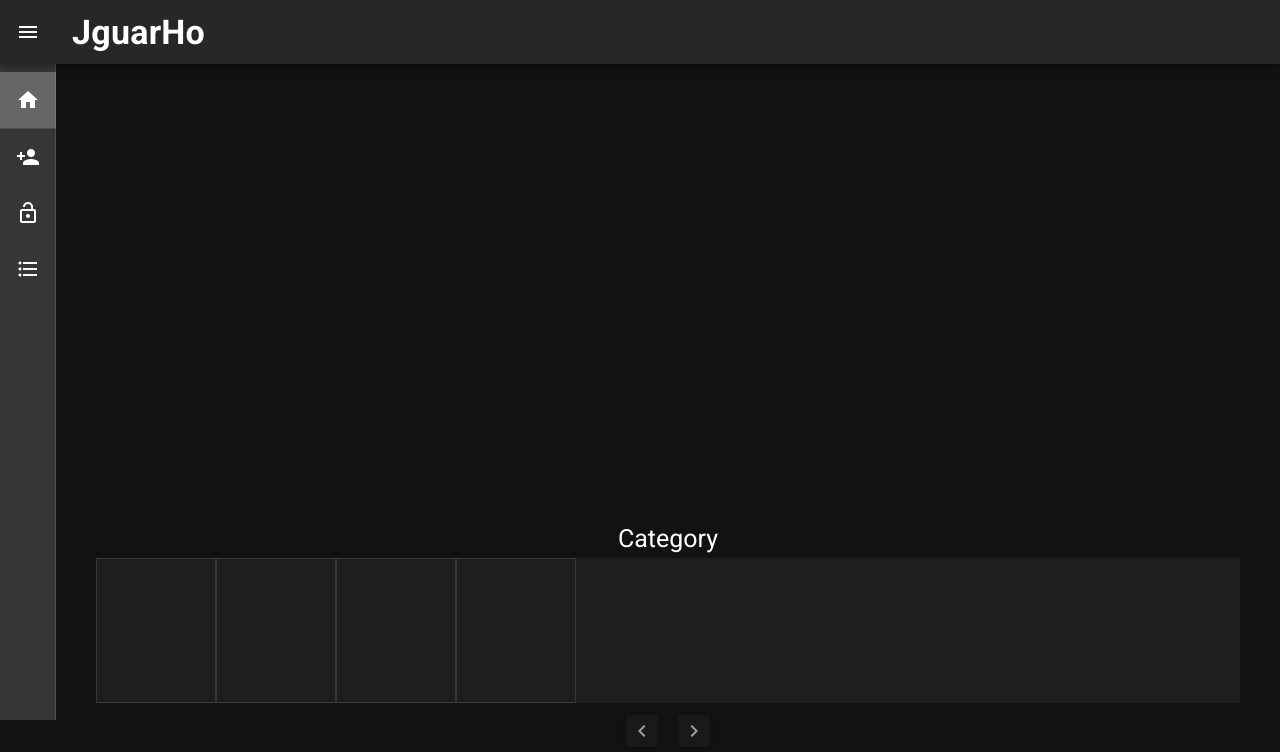
Repository: agent501/MRMS
Page: /
An editor plug-in stored every save of this project. The page is shown before and after the next save, followed by the edit.
The browser window is 1280 px wide. The pictures show the whole page.
The page's requests for data from a server got no answer. The project was rebuilt for these pictures with package versions that can differ from the ones it lists, and the page was loaded fresh each time. No one was signed in, and anything a server would have sent is missing. Also part of the build but not shown: vue.config.js, src/components/Product/products.vue, src/components/Product/product.vue, src/components/Product/createproduct.vue, src/components/User/signin.vue, src/components/User/signup.vue, src/components/User/profile.vue, src/components/Shared/Alert.vue and 2 more. Imported but missing from the stored project, and not drawn on this page: src/router/auth-guard.js.

Above is the page before, as saved 2020-08-05 15:44:20.

After the next save:
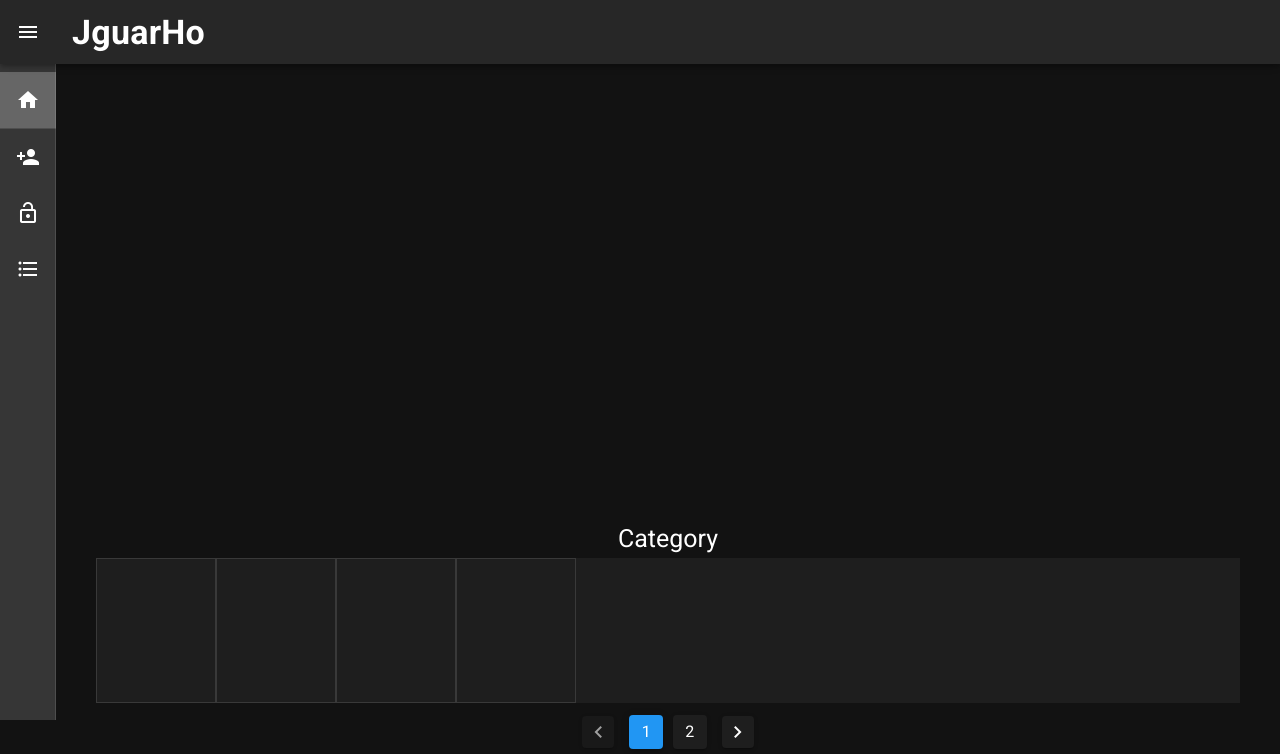
Saved 44 s later.
--- a/src/components/Home.vue
+++ b/src/components/Home.vue
@@ -52,7 +52,7 @@
         </v-card>
       </v-card>
       <div class="text-xs-center pt-2">
-        <v-pagination v-model="page" :length="pageLength"></v-pagination>
+        <v-pagination v-model="page" :length="Math.ceil(pages.length/perPage)"></v-pagination>
       </div>
     </div>
   </div>
